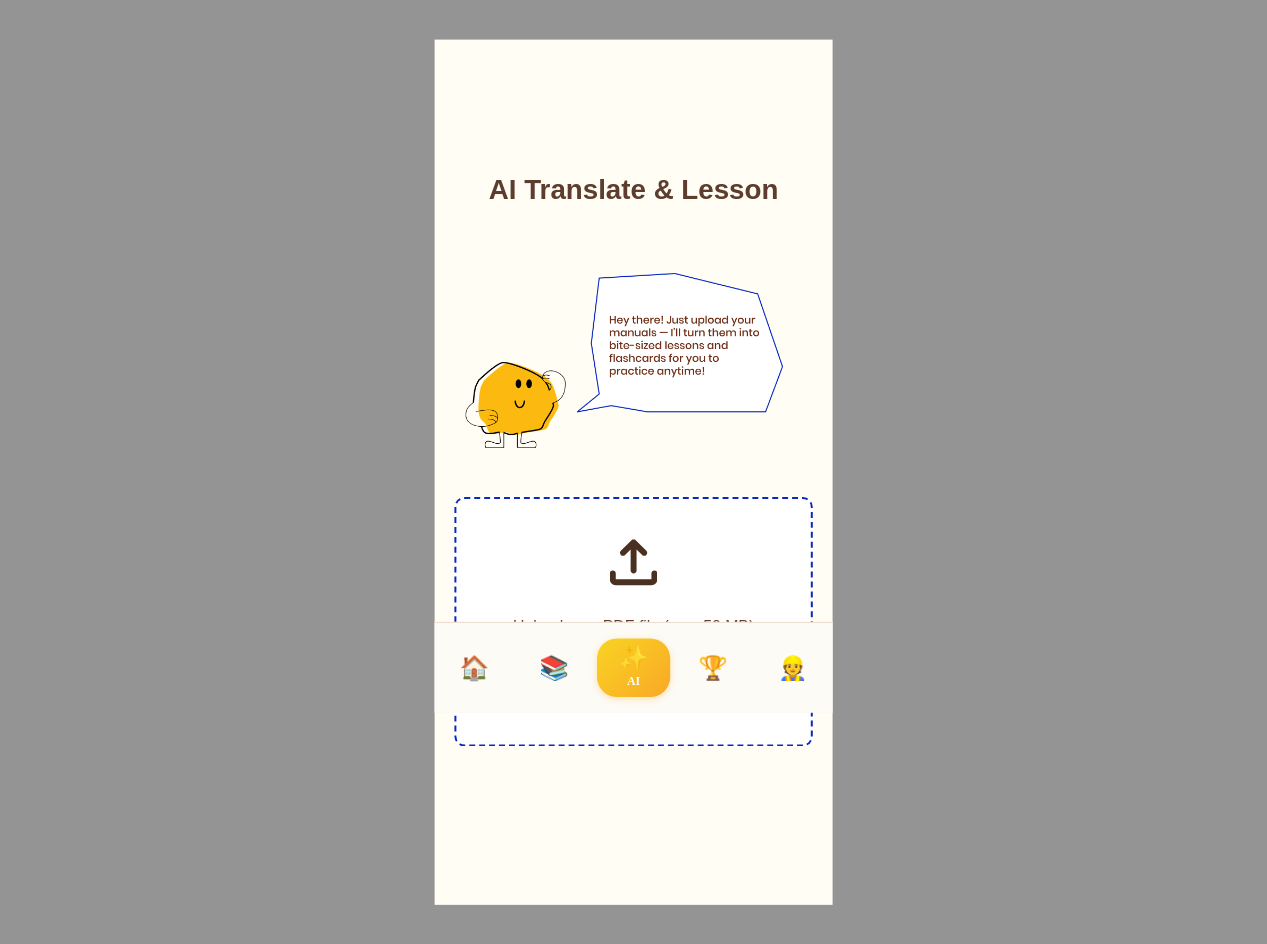
Repository: richelletiongson/Jargon_FrontendShowcase
Page: / (app in jargon_frontend/)
The author's editor kept a copy of each file at every save. The page is drawn from the files as they stood at one save, then again after the next save.
The browser window is 1280 px wide. The pictures show the whole page, at 99% of full size.
The project was rebuilt for these pictures with package versions that can differ from the ones it lists, and the page was loaded fresh each time. Also part of the build but not shown: jargon_frontend/vite.config.js, jargon_frontend/src/index.css, jargon_frontend/src/home_pages/Home.jsx, jargon_frontend/src/course_pages/Course.jsx, jargon_frontend/src/charts_pages/Charts.jsx, jargon_frontend/src/profile_pages/Profile.jsx.

Above is the page before, as saved 2025-10-22 17:02:26.

### jargon_frontend/index.html
<!doctype html>
<html lang="en">
  <head>
    <meta charset="UTF-8" />
    <link rel="icon" type="image/svg+xml" href="/vite.svg" />
    <meta name="viewport" content="width=device-width, initial-scale=1.0" />
    <title>jargon_frontend</title>
  </head>
  <body>
    <div id="root"></div>
    <script type="module" src="/src/main.jsx"></script>
  </body>
</html>

### jargon_frontend/src/App.jsx
import './App.css'
import NavBar from "./components/NavBar";
import { BrowserRouter, Routes, Route } from "react-router-dom";
import Home from "./home_pages/Home";
import Course from "./course_pages/Course";
import AI from "./ai_pages/AI";
import Charts from "./charts_pages/Charts";
import Profile from "./profile_pages/Profile";

function App() {
  return (
    <BrowserRouter>
            <div className='page'>
                <main className='main-content'>
                    <Routes>
                        <Route
                            path='/'
                            element={<AI />}
                        />
                        <Route
                            path='/home'
                            element={<Home />}
                        />
                        <Route
                            path='/course'
                            element={<Course />}
                        />
                        <Route
                            path='/ai'
                            element={<AI />}
                        />
                        <Route
                            path='/charts'
                            element={<Charts />}
                        />
                        <Route
                            path='/profile'
                            element={<Profile />}
                        />

                    </Routes>
                </main>
                <NavBar />
            </div>
        </BrowserRouter>
  )
}

export default App

### jargon_frontend/src/App.css
* {
  padding: 0;
  margin: 0;
}
main {
  background-color: #949494;
  padding: 0 0 80px 0;
}

### jargon_frontend/src/components/NavBar.jsx
import React from 'react';
import { Link, useLocation } from 'react-router-dom';
import './NavBar.css';

const NavBar = () => {
  const location = useLocation();

  return (
    <div className="bottom-nav">
      <Link to="/home" className={`nav-item ${location.pathname === '/home' ? 'active' : ''}`}>
        <div className="nav-icon">🏠</div>
      </Link>
      <Link to="/course" className={`nav-item ${location.pathname === '/course' ? 'active' : ''}`}>
        <div className="nav-icon">📚</div>
      </Link>
      <Link to="/" className={`nav-item ${location.pathname === '/' ? 'active' : ''}`}>
        <div className="nav-icon">✨</div>
        <span className="nav-text">AI</span>
      </Link>
      <Link to="/charts" className={`nav-item ${location.pathname === '/charts' ? 'active' : ''}`}>
        <div className="nav-icon">🏆</div>
      </Link>
      <Link to="/profile" className={`nav-item ${location.pathname === '/profile' ? 'active' : ''}`}>
        <div className="nav-icon">👷</div>
      </Link>
    </div>
  );
};

export default NavBar;

### jargon_frontend/src/ai_pages/AI.jsx
import React, { useState } from 'react';
import './AI.css';
import UploadIcon from '../assets/Upload_Icon.svg';
import RockyImage from '../assets/AI_Rocky.PNG';

const AI = () => {
  const [selectedFile, setSelectedFile] = useState(null);

  const handleFileChange = (event) => {
    const file = event.target.files[0];
    if (file) {
      setSelectedFile(file);
    }
  };

  return (
    <div className="ai-page">
      <div className="main-content">
        <h1 className="page-title">AI Translate & Lesson</h1>
        <div className='rocky-container'>
          <img src={RockyImage} alt="Rocky" className="rocky-image" />
        </div>
        <div className="file-upload-container">
          <div className="file-upload-area">
            <img src={UploadIcon} alt="Upload" className="upload-icon" />
            <p className="upload-text">Upload your PDF file (max 50 MB)</p>
            <input
              type="file"
              id="file-input"
              accept=".pdf"
              onChange={handleFileChange}
              style={{ display: 'none' }}
            />
            <label htmlFor="file-input" className="choose-file-btn">
              Choose file
            </label>
            {selectedFile && (
              <p className="selected-file">Selected: {selectedFile.name}</p>
            )}
          </div>
        </div>
      </div>
    </div>
  );
};

export default AI;

### jargon_frontend/src/components/NavBar.css
/* Bottom Navigation Styles */
.bottom-nav {
  display: flex;
  justify-content: space-around;
  align-items: center;
  background-color: #FDFBF6;
  padding: 16px 0;
  width: 402px;
  border-top: 1px solid #E8D5C4;
  position: fixed;
  bottom: 0;
  left: 50%;
  transform: translateX(-50%);
  z-index: 100;
}

.nav-item {
  display: flex;
  flex-direction: column;
  align-items: center;
  gap: 4px;
  padding: 8px 12px;
  border-radius: 20px;
  transition: all 0.3s ease;
  cursor: pointer;
  min-width: 50px;
  text-decoration: none;
  color: inherit;
}

.nav-item:hover {
  background-color: #F5F0E8;
}

.nav-item.active {
  background: linear-gradient(135deg, #F9D423 0%, #F9A826 100%);
  color: white;
  box-shadow: 0 2px 8px rgba(249, 164, 38, 0.3);
}

.nav-icon {
  font-size: 24px;
  line-height: 1;
}

.nav-text {
  font-size: 12px;
  font-weight: 600;
  color: inherit;
}

.nav-item:not(.active) .nav-icon {
  color: #5C3D2E;
}

/* Responsive Design */
@media (max-width: 480px) {
  .nav-icon {
    font-size: 20px;
  }

  .nav-text {
    font-size: 10px;
  }
}

### jargon_frontend/src/home_pages/Home.css
/* Home Page Styles */
.home-page {
  min-height: 874px;
  width: 402px;
  background-color: #FFFDF4;
  display: flex;
  flex-direction: column;
  font-family: poppins, sans-serif;
  margin: 0;
  padding: 0;
}

.status-bar {
  display: flex;
  justify-content: space-between;
  align-items: center;
  padding: 12px 20px;
  background-color: #FDFBF6;
  color: #5C3D2E;
  font-size: 16px;
  font-weight: 600;
}

.status-icons {
  display: flex;
  gap: 8px;
  font-size: 18px;
}

.main-content {
  flex: 1;
  padding: 40px 20px;
  display: flex;
  flex-direction: column;
  align-items: center;
  justify-content: center;
  text-align: center;
}

.page-title {
  font-size: 28px;
  font-weight: bold;
  color: #5C3D2E;
  margin-bottom: 20px;
}

.coming-soon {
  color: #5C3D2E;
  font-size: 18px;
  opacity: 0.7;
}

### jargon_frontend/src/course_pages/Course.css
/* Course Page Styles */
.course-page {
  min-height: 874px;
  width: 402px;
  background-color: #FFFDF4;
  display: flex;
  flex-direction: column;
  font-family: poppins, sans-serif;
  margin: 0;
  padding: 0;
}

.status-bar {
  display: flex;
  justify-content: space-between;
  align-items: center;
  padding: 12px 20px;
  background-color: #FDFBF6;
  color: #5C3D2E;
  font-size: 16px;
  font-weight: 600;
}

.status-icons {
  display: flex;
  gap: 8px;
  font-size: 18px;
}

.main-content {
  flex: 1;
  padding: 40px 20px;
  display: flex;
  flex-direction: column;
  align-items: center;
  justify-content: center;
  text-align: center;
}

.page-title {
  font-size: 28px;
  font-weight: bold;
  color: #5C3D2E;
  margin-bottom: 20px;
}

.coming-soon {
  color: #5C3D2E;
  font-size: 18px;
  opacity: 0.7;
}

### jargon_frontend/src/ai_pages/AI.css
/* AI Page Styles */
.ai-page {
  min-height: 874px;
  width: 402px;
  background-color: #FFFDF4;
  display: flex;
  flex-direction: column;
  font-family: poppins, sans-serif;

}

/* Main Content */
.main-content {
  flex: 1;
  padding: 0px 20px;
  display: flex;
  flex-direction: column;
  align-items: center;
  justify-content: flex-start;
  text-align: center;
}

.page-title {
  font-size: 28px;
  font-weight: bold;
  color: #5C3D2E;
  padding: 50px 20px 0 20px;
  line-height: 1.2;
}

.rocky-container {
  display: flex;
  justify-content: center;
  align-items: center;

}

.rocky-image {
  width: 120%;
  max-width: 120%;
  height: auto;
  border-radius: 8px;
}

.file-upload-container {
  width: 100%;
  max-width: 400px;
  margin: 0 auto;
  padding-bottom: 75px;
}

.file-upload-area {
  background-color: white;
  border: 2px dashed #0828C0;
  border-radius: 10px;
  padding: 40px 20px;
  display: flex;
  flex-direction: column;
  align-items: center;
  gap: 20px;
}

.upload-icon {
  width: 48px;
  height: 48px;
  color: #6F2E17;
  margin-bottom: 10px;
}

.upload-text {
  color: #5C3D2E;
  font-size: 16px;
  margin: 0;
  line-height: 1.4;
}

.choose-file-btn {
  background-color: #652A15;
  color: white;
  border-radius: 18px;
  border: none;
  font-size: 16px;
  font-weight: 600;
  display: flex;
  justify-content: center;
  align-items: center;
  width: 276px;
  height: 48px;
}

.selected-file {
  color: #5C3D2E;
  font-size: 14px;
  margin: 10px 0 0 0;
  font-style: italic;
}

### jargon_frontend/src/charts_pages/Charts.css
/* Charts Page Styles */
.charts-page {
  min-height: 874px;
  width: 402px;
  background-color: #FFFDF4;
  display: flex;
  flex-direction: column;
  font-family: poppins, sans-serif;
  margin: 0;
  padding: 0;
}

.status-bar {
  display: flex;
  justify-content: space-between;
  align-items: center;
  padding: 12px 20px;
  background-color: #FDFBF6;
  color: #5C3D2E;
  font-size: 16px;
  font-weight: 600;
}

.status-icons {
  display: flex;
  gap: 8px;
  font-size: 18px;
}

.main-content {
  flex: 1;
  padding: 40px 20px;
  display: flex;
  flex-direction: column;
  align-items: center;
  justify-content: center;
  text-align: center;
}

.page-title {
  font-size: 28px;
  font-weight: bold;
  color: #5C3D2E;
  margin-bottom: 20px;
}

.coming-soon {
  color: #5C3D2E;
  font-size: 18px;
  opacity: 0.7;
}

### jargon_frontend/src/profile_pages/Profile.css
/* Profile Page Styles */
.profile-page {
  min-height: 874px;
  width: 402px;
  background-color: #FFFDF4;
  display: flex;
  flex-direction: column;
  font-family: poppins, sans-serif;
  margin: 0;
  padding: 0;
}

.status-bar {
  display: flex;
  justify-content: space-between;
  align-items: center;
  padding: 12px 20px;
  background-color: #FDFBF6;
  color: #5C3D2E;
  font-size: 16px;
  font-weight: 600;
}

.status-icons {
  display: flex;
  gap: 8px;
  font-size: 18px;
}

.main-content {
  flex: 1;
  padding: 40px 20px;
  display: flex;
  flex-direction: column;
  align-items: center;
  justify-content: center;
  text-align: center;
}

.page-title {
  font-size: 28px;
  font-weight: bold;
  color: #5C3D2E;
  margin-bottom: 20px;
}

.coming-soon {
  color: #5C3D2E;
  font-size: 18px;
  opacity: 0.7;
}

Loaded but not shown: jargon_frontend/src/main.jsx (common file)

After the next save:
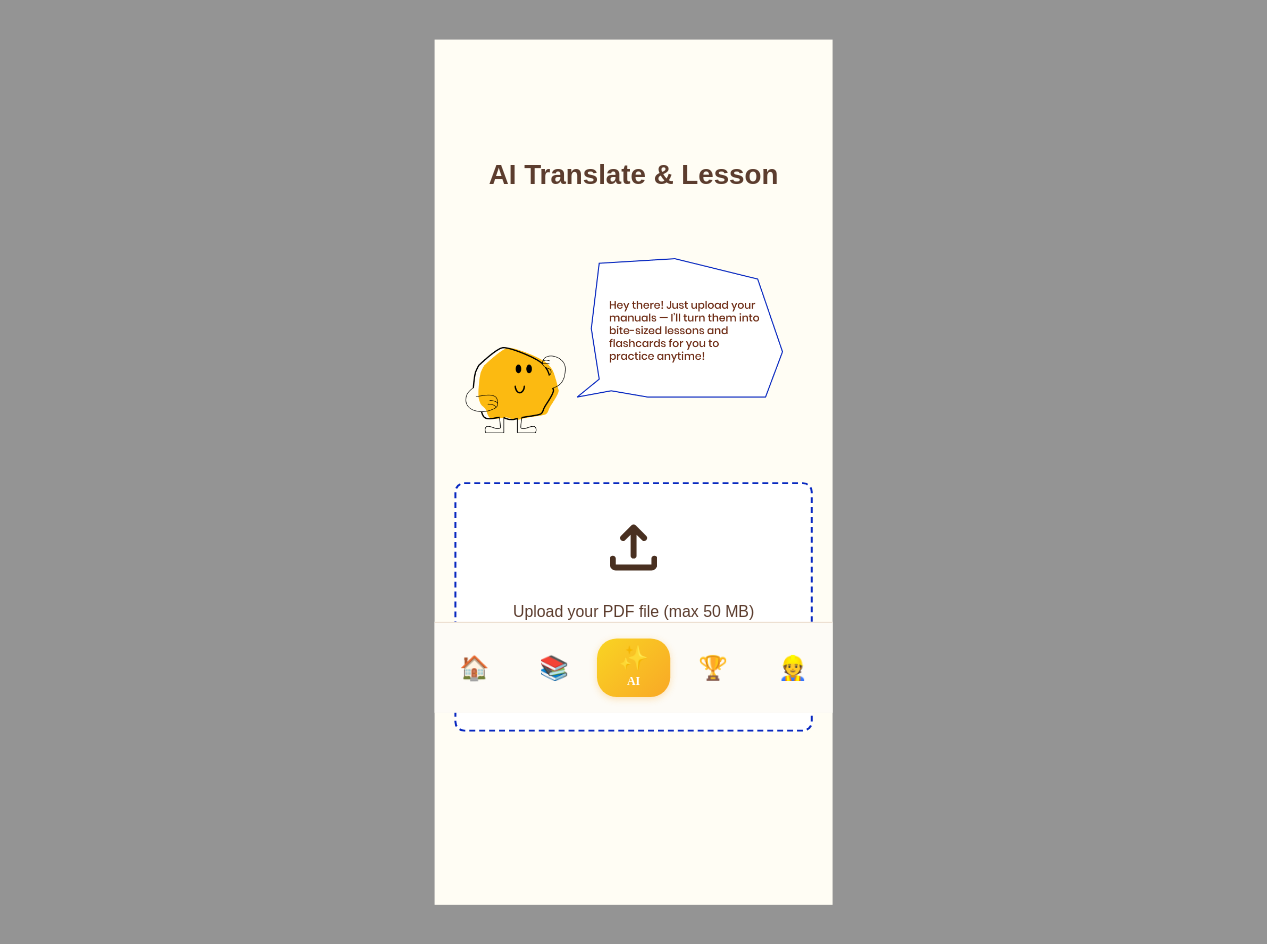
Saved 5 s later.
--- a/jargon_frontend/src/ai_pages/AI.css
+++ b/jargon_frontend/src/ai_pages/AI.css
@@ -24,7 +24,7 @@
   font-size: 28px;
   font-weight: bold;
   color: #5C3D2E;
-  padding: 50px 20px 0 20px;
+  padding: 20px 20px 0 20px;
   line-height: 1.2;
 }
 
